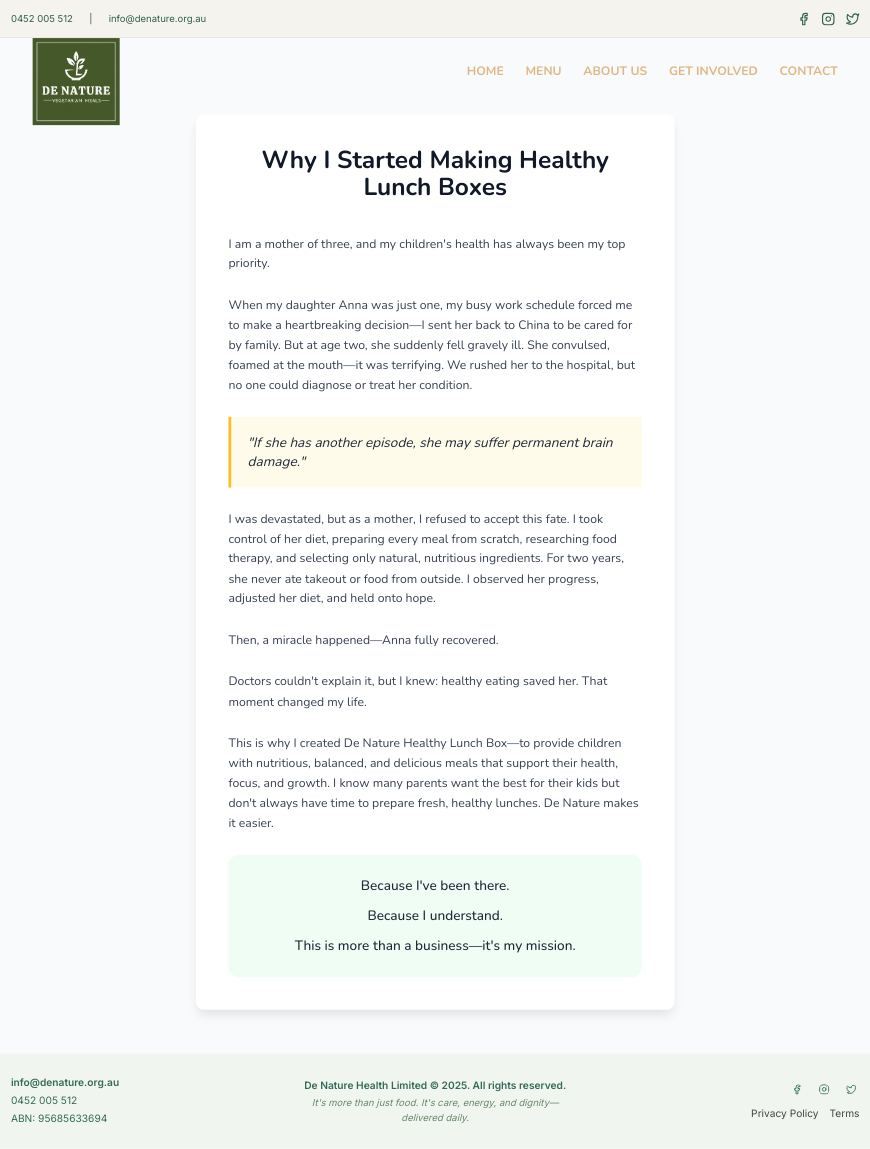
Repository: sunnyyan01/denature-website
Page: /about/messages-from-founder
These files come from the project's save history. The page is drawn as it stood at one moment and after the next save; the edit follows.
The browser window is 1280 px wide. The pictures show the whole page, at 68% of full size.
The project was rebuilt for these pictures with package versions that can differ from the ones it lists, and the page was loaded fresh each time. The framework's server and built-in components were replaced by stand-ins that run in the browser. Also part of the build but not shown: next.config.js.

Above is the page before, as saved 2025-05-15 22:42:47.

After the next save:
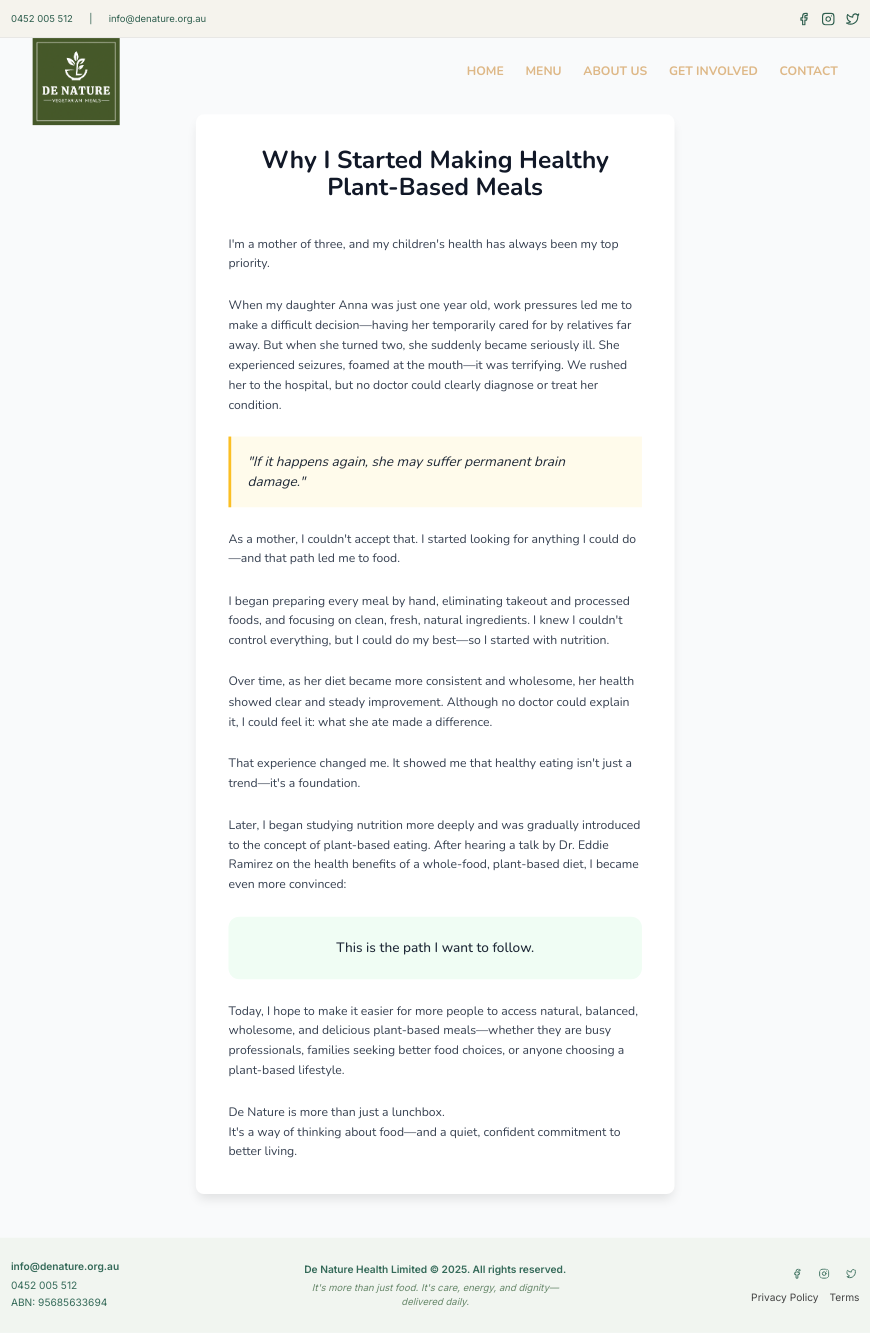
Saved 4 min 17 s later.
--- a/src/app/about/messages-from-founder/page.tsx
+++ b/src/app/about/messages-from-founder/page.tsx
@@ -7,47 +7,58 @@
         <div className="max-w-3xl mx-auto px-4 sm:px-6 lg:px-8">
           <article className="bg-white rounded-xl shadow-lg p-8 sm:p-12">
             <h1 className="text-4xl font-bold text-gray-900 mb-12 text-center">
-              Why I Started Making Healthy Lunch Boxes
+              Why I Started Making Healthy Plant-Based Meals
             </h1>
 
             <div className="space-y-8">
               <p className="text-lg text-gray-700 leading-relaxed">
-                I am a mother of three, and my children's health has always been my top priority.
+                I'm a mother of three, and my children's health has always been my top priority.
               </p>
 
               <p className="text-lg text-gray-700 leading-relaxed">
-                When my daughter Anna was just one, my busy work schedule forced me to make a heartbreaking decision—I sent her back to China to be cared for by family. But at age two, she suddenly fell gravely ill. She convulsed, foamed at the mouth—it was terrifying. We rushed her to the hospital, but no one could diagnose or treat her condition.
+                When my daughter Anna was just one year old, work pressures led me to make a difficult decision—having her temporarily cared for by relatives far away. But when she turned two, she suddenly became seriously ill. She experienced seizures, foamed at the mouth—it was terrifying. We rushed her to the hospital, but no doctor could clearly diagnose or treat her condition.
               </p>
 
               <div className="bg-amber-50 border-l-4 border-amber-400 p-6 my-12">
                 <p className="text-xl text-gray-800 italic">
-                  "If she has another episode, she may suffer permanent brain damage."
+                  "If it happens again, she may suffer permanent brain damage."
                 </p>
               </div>
 
               <p className="text-lg text-gray-700 leading-relaxed">
-                I was devastated, but as a mother, I refused to accept this fate. I took control of her diet, preparing every meal from scratch, researching food therapy, and selecting only natural, nutritious ingredients. For two years, she never ate takeout or food from outside. I observed her progress, adjusted her diet, and held onto hope.
+                As a mother, I couldn't accept that. I started looking for anything I could do—and that path led me to food.
               </p>
 
               <p className="text-lg text-gray-700 leading-relaxed">
-                Then, a miracle happened—Anna fully recovered.
+                I began preparing every meal by hand, eliminating takeout and processed foods, and focusing on clean, fresh, natural ingredients. I knew I couldn't control everything, but I could do my best—so I started with nutrition.
               </p>
 
               <p className="text-lg text-gray-700 leading-relaxed">
-                Doctors couldn't explain it, but I knew: healthy eating saved her. That moment changed my life.
+                Over time, as her diet became more consistent and wholesome, her health showed clear and steady improvement. Although no doctor could explain it, I could feel it: what she ate made a difference.
               </p>
 
               <p className="text-lg text-gray-700 leading-relaxed">
-                This is why I created De Nature Healthy Lunch Box—to provide children with nutritious, balanced, and delicious meals that support their health, focus, and growth. I know many parents want the best for their kids but don't always have time to prepare fresh, healthy lunches. De Nature makes it easier.
+                That experience changed me. It showed me that healthy eating isn't just a trend—it's a foundation.
+              </p>
+
+              <p className="text-lg text-gray-700 leading-relaxed">
+                Later, I began studying nutrition more deeply and was gradually introduced to the concept of plant-based eating. After hearing a talk by Dr. Eddie Ramirez on the health benefits of a whole-food, plant-based diet, I became even more convinced:
               </p>
 
               <div className="bg-green-50 rounded-lg p-8 mt-12">
                 <div className="space-y-4 text-center">
-                  <p className="text-xl text-gray-800 font-medium">Because I've been there.</p>
-                  <p className="text-xl text-gray-800 font-medium">Because I understand.</p>
-                  <p className="text-xl text-gray-800 font-medium">This is more than a business—it's my mission.</p>
+                  <p className="text-xl text-gray-800 font-medium">This is the path I want to follow.</p>
                 </div>
               </div>
+
+              <p className="text-lg text-gray-700 leading-relaxed">
+                Today, I hope to make it easier for more people to access natural, balanced, wholesome, and delicious plant-based meals—whether they are busy professionals, families seeking better food choices, or anyone choosing a plant-based lifestyle.
+              </p>
+
+              <p className="text-lg text-gray-700 leading-relaxed">
+                De Nature is more than just a lunchbox.<br/>
+                It's a way of thinking about food—and a quiet, confident commitment to better living.
+              </p>
             </div>
           </article>
         </div>
